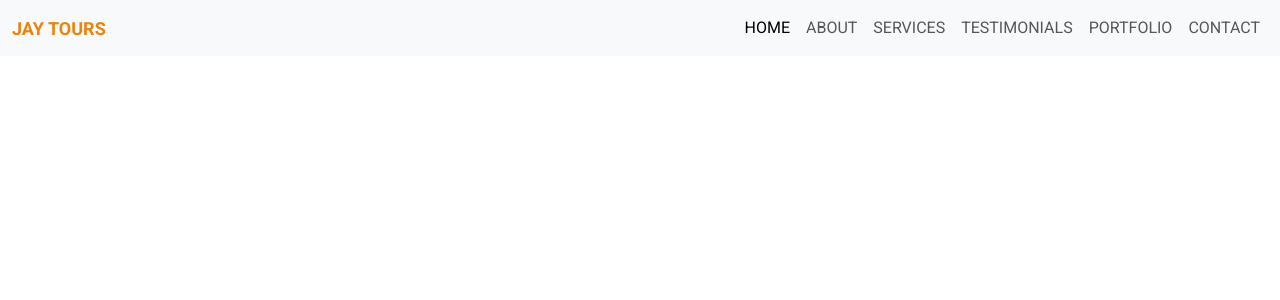
Repository: kasundiudn/Jay-Travel
Page: index.html
The author's editor kept a copy of each file at every save. The page is drawn from the files as they stood at one save, then again after the next save.
The browser window is 1280 px wide. The pictures show the whole page.

Above is the page before, as saved 2025-06-26 08:34:21.

After the next save:
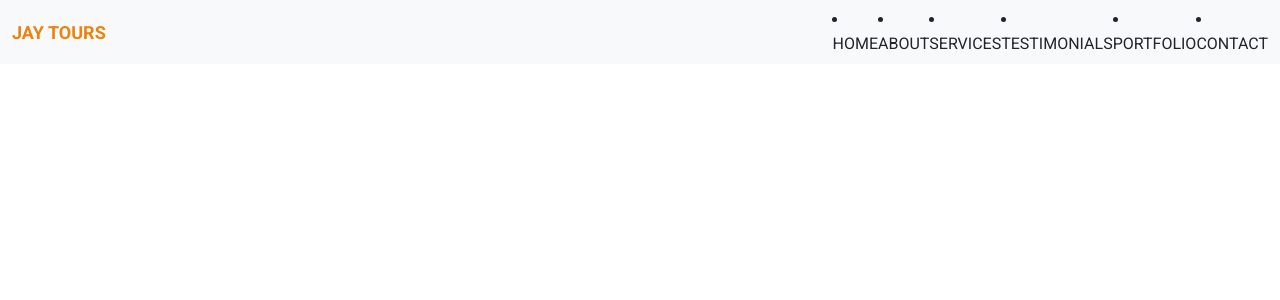
Saved 42 min 31 s later.
--- a/index.html
+++ b/index.html
@@ -11,18 +11,21 @@
   <style>
     header{  font-family: "Roboto", sans-serif;
            }
+
+
+
   </style>
   </head>
   <body>
 <header>
-    <nav class="navbar navbar-expand-lg bg-body-tertiary" style="background-color: blue;">
+    <nav class="navbar navbar-expand-lg bg-body-tertiary" style="">
   <div class="container-fluid">
     <a class="navbar-brand" href="#" style="color: #eb830c; font-weight: bold; font-size:large;">JAY TOURS</a>
     <button class="navbar-toggler" type="button" data-bs-toggle="collapse" data-bs-target="#navbarSupportedContent" aria-controls="navbarSupportedContent" aria-expanded="false" aria-label="Toggle navigation">
       <span class="navbar-toggler-icon"></span>
     </button>
     <div class="collapse navbar-collapse justify-content-end" id="navbarSupportedContent">
-      <ul class="navbar-nav mb-2 mb-lg-0">
+      <ul class="navbar-nav mb-2 mb-lg-0">      </ul>
         <li class="nav-item">
           <a class="nav-link active" aria-current="page" href="#">HOME</a>
         </li>
@@ -41,6 +44,7 @@
          <li class="nav-item">
           <a class="nav-link" href="#">CONTACT</a>
         </li>
+
     </div>
   </div>
 </nav>
